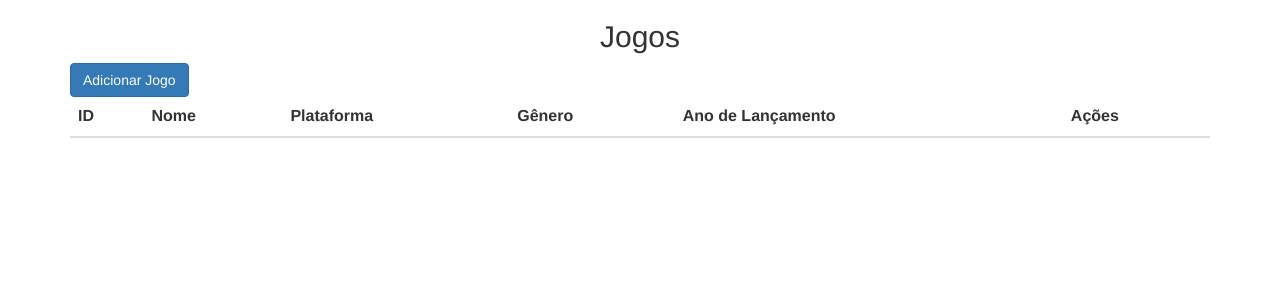
Repository: Tulio220/cadastroJogos
Page: http://localhost/aulaEly/trabalhoEly/cadastro/index.jsp
The author's editor kept a copy of each file at every save. The page is drawn from the files as they stood at one save, then again after the next save.
The browser window is 1280 px wide. The pictures show the whole page.
The page is served by Tomcat 9. Other server files are loaded and not shown. Queries for data that is not in the repository find no rows.

Above is the page before, as saved 2024-10-02 00:02:43.

### aulaEly/src/main/webapp/trabalhoEly/cadastro/index.jsp
<%@ page language="java" contentType="text/html; charset=UTF-8" pageEncoding="UTF-8"%>
<%@ page import="java.sql.*, java.util.*" %>

<html>
<head>
    <title>Lista de Jogos</title>
    <link rel="stylesheet" href="https://maxcdn.bootstrapcdn.com/bootstrap/3.4.1/css/bootstrap.min.css">
</head>
<body>
<div class="container">
    <h2 class="text-center">Jogos</h2>
    <a href="add_jogo.jsp?id=0" class="btn btn-primary">Adicionar Jogo</a>
    <table class="table table-striped">
        <thead>
            <tr>
                <th>ID</th>
                <th>Nome</th>
                <th>Plataforma</th>
                <th>Gênero</th>
                <th>Ano de Lançamento</th>
                <th>Ações</th>
            </tr>
        </thead>
        <tbody>
            <%
                Connection conn = null;
                Statement stmt = null;
                ResultSet rs = null;

                try {
                    Class.forName("com.mysql.jdbc.Driver");
                    conn = DriverManager.getConnection("jdbc:mysql://localhost:3306/jogosdb", "root", "root");
                    stmt = conn.createStatement();
                    rs = stmt.executeQuery("SELECT * FROM jogos");

                    while (rs.next()) {
                        int id = rs.getInt("id");
                        String nome = rs.getString("nome");
                        String plataforma = rs.getString("plataforma");
                        String genero = rs.getString("genero");
                        int anoLancamento = rs.getInt("ano_lancamento");
            %>
                        <tr>
                            <td class="text-center"><%= id %></td>
                            <td class="text-center"><%= nome %></td>
                            <td class="text-center"><%= plataforma %></td>
                            <td class="text-center"><%= genero %></td>
                            <td class="text-center"><%= anoLancamento %></td>
                            <td class="text-center">
                                <a href="edit_jogo.jsp?id=<%= id %>" class="btn btn-warning btn-sm">Alterar</a>
                                <a href="excluir.jsp?id=<%= id %>" class="btn btn-danger btn-sm">Excluir</a>
                            </td>
                        </tr>
            <%
                    }
                } catch (Exception e) {
                    e.printStackTrace();
                } finally {
                    try { if (rs != null) rs.close(); } catch (SQLException e) { e.printStackTrace(); }
                    try { if (stmt != null) stmt.close(); } catch (SQLException e) { e.printStackTrace(); }
                    try { if (conn != null) conn.close(); } catch (SQLException e) { e.printStackTrace(); }
                }
            %>
        </tbody>
    </table>
</div>
</body>
</html>

After the next save:
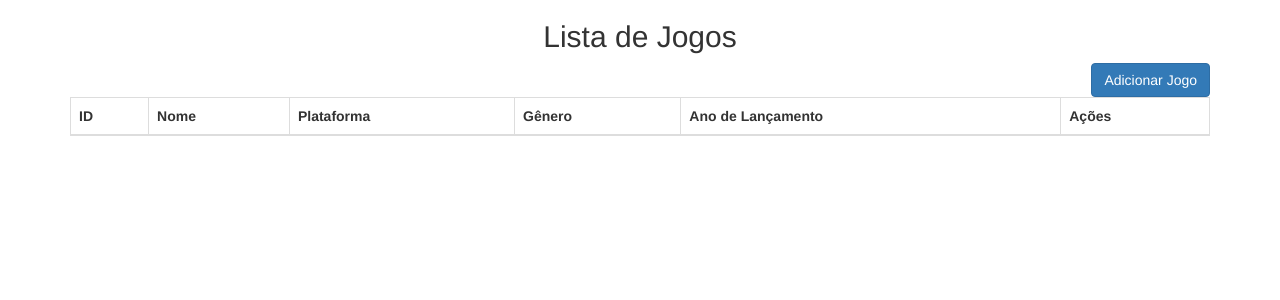
Saved 68 s later.
--- a/aulaEly/src/main/webapp/trabalhoEly/cadastro/index.jsp
+++ b/aulaEly/src/main/webapp/trabalhoEly/cadastro/index.jsp
@@ -1,68 +1,77 @@
 <%@ page language="java" contentType="text/html; charset=UTF-8" pageEncoding="UTF-8"%>
 <%@ page import="java.sql.*, java.util.*" %>
 
-<html>
+<!DOCTYPE html>
+<html lang="pt-BR">
 <head>
+    <meta charset="UTF-8">
+    <meta name="viewport" content="width=device-width, initial-scale=1.0">
     <title>Lista de Jogos</title>
     <link rel="stylesheet" href="https://maxcdn.bootstrapcdn.com/bootstrap/3.4.1/css/bootstrap.min.css">
 </head>
 <body>
-<div class="container">
-    <h2 class="text-center">Jogos</h2>
-    <a href="add_jogo.jsp?id=0" class="btn btn-primary">Adicionar Jogo</a>
-    <table class="table table-striped">
-        <thead>
-            <tr>
-                <th>ID</th>
-                <th>Nome</th>
-                <th>Plataforma</th>
-                <th>Gênero</th>
-                <th>Ano de Lançamento</th>
-                <th>Ações</th>
-            </tr>
-        </thead>
-        <tbody>
-            <%
-                Connection conn = null;
-                Statement stmt = null;
-                ResultSet rs = null;
+    <div class="container">
+        <h2 class="text-center">Lista de Jogos</h2>
+        <div class="text-right">
+            <a href="add_jogo.jsp?id=0" class="btn btn-primary">Adicionar Jogo</a>
+        </div>
 
-                try {
-                    Class.forName("com.mysql.jdbc.Driver");
-                    conn = DriverManager.getConnection("jdbc:mysql://localhost:3306/jogosdb", "root", "root");
-                    stmt = conn.createStatement();
-                    rs = stmt.executeQuery("SELECT * FROM jogos");
+        <table class="table table-striped table-bordered">
+            <thead>
+                <tr>
+                    <th>ID</th>
+                    <th>Nome</th>
+                    <th>Plataforma</th>
+                    <th>Gênero</th>
+                    <th>Ano de Lançamento</th>
+                    <th>Ações</th>
+                </tr>
+            </thead>
+            <tbody>
+                <%
+                    Connection conn = null;
+                    Statement stmt = null;
+                    ResultSet rs = null;
 
-                    while (rs.next()) {
-                        int id = rs.getInt("id");
-                        String nome = rs.getString("nome");
-                        String plataforma = rs.getString("plataforma");
-                        String genero = rs.getString("genero");
-                        int anoLancamento = rs.getInt("ano_lancamento");
-            %>
-                        <tr>
-                            <td class="text-center"><%= id %></td>
-                            <td class="text-center"><%= nome %></td>
-                            <td class="text-center"><%= plataforma %></td>
-                            <td class="text-center"><%= genero %></td>
-                            <td class="text-center"><%= anoLancamento %></td>
-                            <td class="text-center">
-                                <a href="edit_jogo.jsp?id=<%= id %>" class="btn btn-warning btn-sm">Alterar</a>
-                                <a href="excluir.jsp?id=<%= id %>" class="btn btn-danger btn-sm">Excluir</a>
-                            </td>
-                        </tr>
-            <%
+                    try {
+                        Class.forName("com.mysql.jdbc.Driver");
+                        conn = DriverManager.getConnection("jdbc:mysql://localhost:3306/jogosdb", "root", "root");
+                        stmt = conn.createStatement();
+                        rs = stmt.executeQuery("SELECT * FROM jogos");
+
+                        while (rs.next()) {
+                            int id = rs.getInt("id");
+                            String nome = rs.getString("nome");
+                            String plataforma = rs.getString("plataforma");
+                            String genero = rs.getString("genero");
+                            int anoLancamento = rs.getInt("ano_lancamento");
+                %>
+                            <tr>
+                                <td class="text-center"><%= id %></td>
+                                <td class="text-center"><%= nome %></td>
+                                <td class="text-center"><%= plataforma %></td>
+                                <td class="text-center"><%= genero %></td>
+                                <td class="text-center"><%= anoLancamento %></td>
+                                <td class="text-center">
+                                    <a href="edit_jogo.jsp?id=<%= id %>" class="btn btn-warning btn-sm">Alterar</a>
+                                    <a href="excluir.jsp?id=<%= id %>" class="btn btn-danger btn-sm">Excluir</a>
+                                </td>
+                            </tr>
+                <%
+                        }
+                    } catch (Exception e) {
+                        e.printStackTrace();
+                    } finally {
+                        try { if (rs != null) rs.close(); } catch (SQLException e) { e.printStackTrace(); }
+                        try { if (stmt != null) stmt.close(); } catch (SQLException e) { e.printStackTrace(); }
+                        try { if (conn != null) conn.close(); } catch (SQLException e) { e.printStackTrace(); }
                     }
-                } catch (Exception e) {
-                    e.printStackTrace();
-                } finally {
-                    try { if (rs != null) rs.close(); } catch (SQLException e) { e.printStackTrace(); }
-                    try { if (stmt != null) stmt.close(); } catch (SQLException e) { e.printStackTrace(); }
-                    try { if (conn != null) conn.close(); } catch (SQLException e) { e.printStackTrace(); }
-                }
-            %>
-        </tbody>
-    </table>
-</div>
+                %>
+            </tbody>
+        </table>
+    </div>
+
+    <script src="https://ajax.googleapis.com/ajax/libs/jquery/3.5.1/jquery.min.js"></script>
+    <script src="https://maxcdn.bootstrapcdn.com/bootstrap/3.4.1/js/bootstrap.min.js"></script>
 </body>
 </html>
